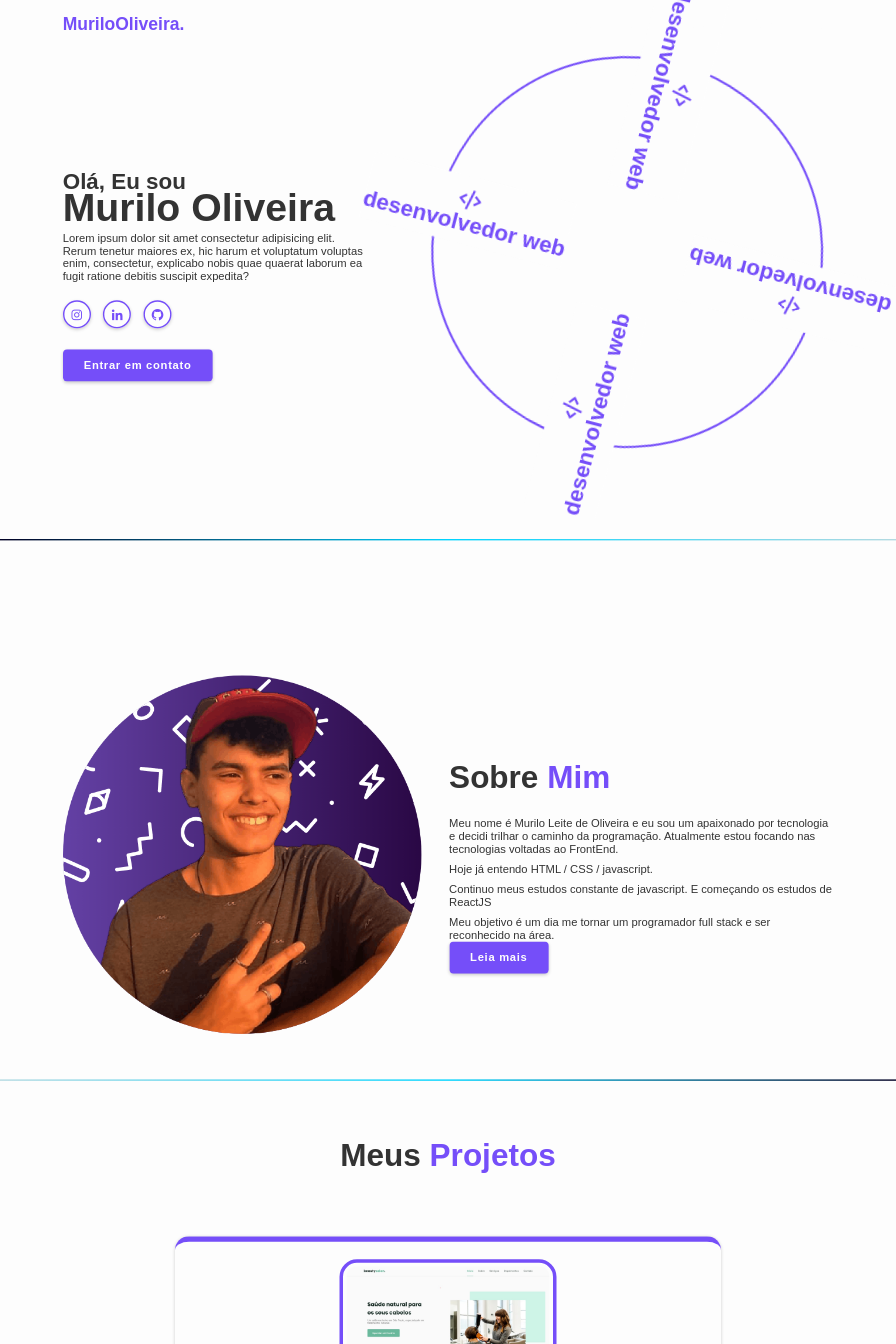
Repository: devMuriloOliveira/Portfolio-
Page: index.html
The author's editor kept a copy of each file at every save. The page is drawn from the files as they stood at one save, then again after the next save.
The browser window is 1280 px wide. The pictures show the part of the page from y = 0 to 1920 px (the page is 3045 px tall), at 70% of full size.
Some web fonts or font styles are not loaded; a fallback is used.

Above is the page before, as saved 2023-03-14 20:30:11.

After the next save:
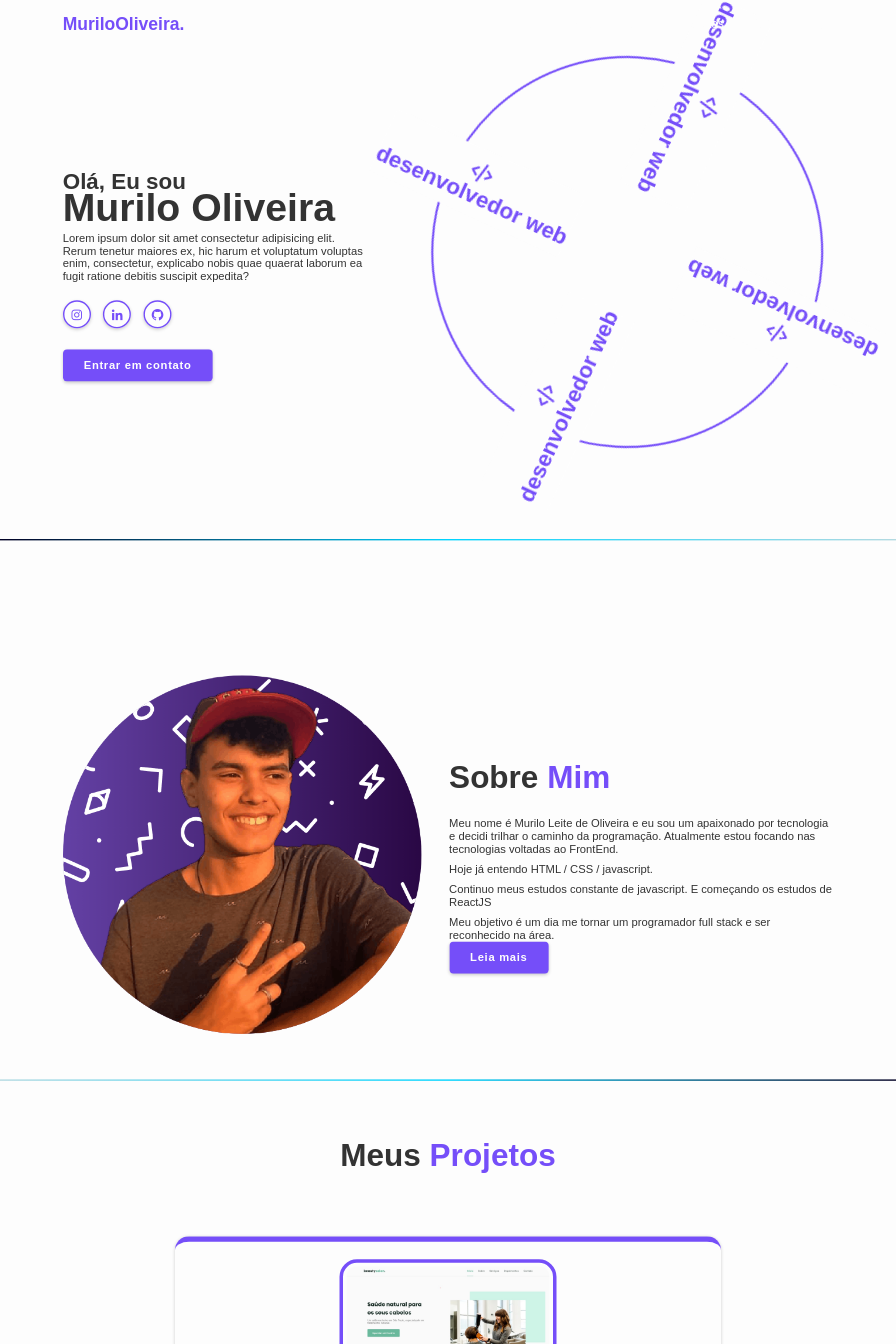
Saved 18 s later.
--- a/style.css
+++ b/style.css
@@ -216,7 +216,7 @@ section{
   display: flex;
   justify-content: center;
   align-items: center;
-  animation: professionRotate 13s;
+  animation: professionRotate 13s ease-out infinite;
 }
 
 @keyframes professionRotate{
